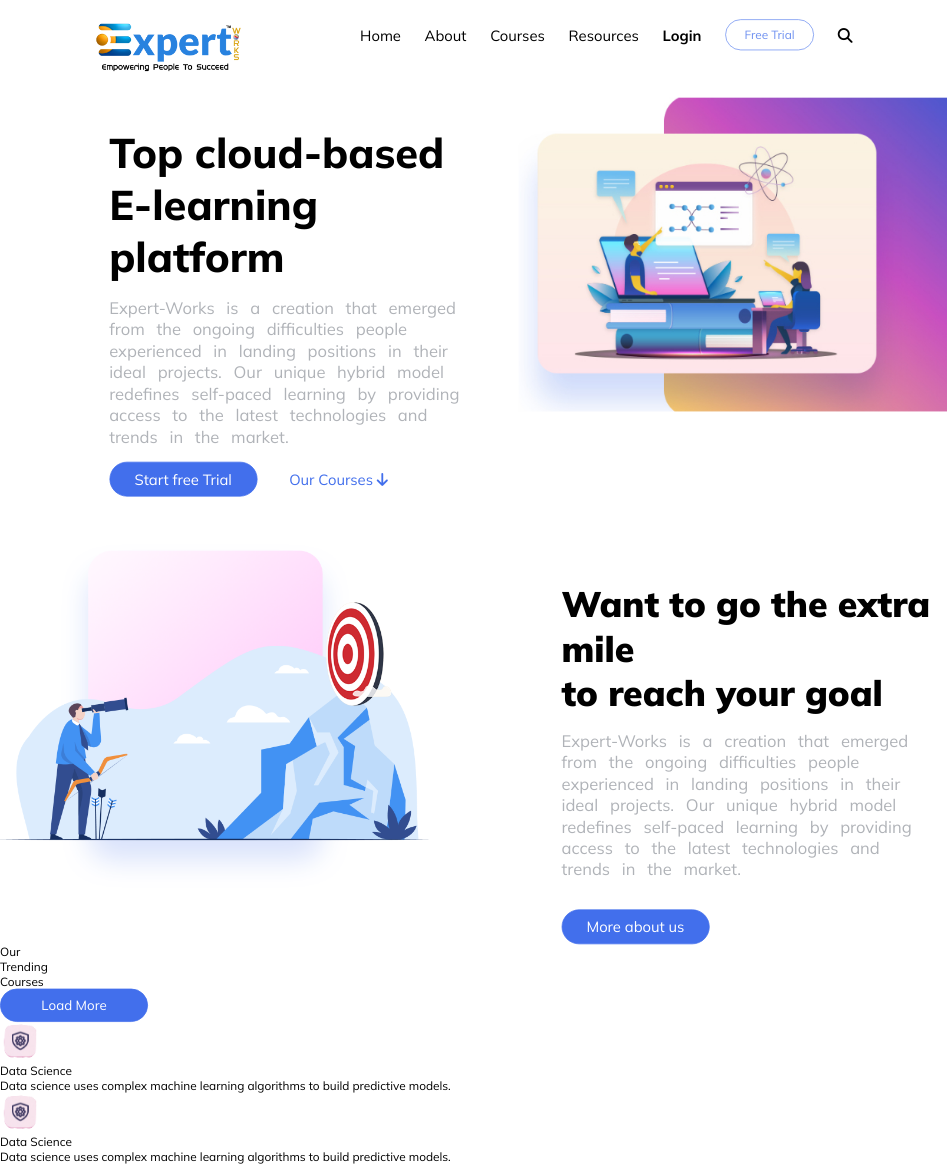
Repository: FlyweisReact/Raghu-B2C
Page: /homePage
The author's editor kept a copy of each file at every save. The page is drawn from the files as they stood at one save, then again after the next save.
The browser window is 1280 px wide. The pictures show the whole page, at 74% of full size.
Some web libraries are served in a nearby version. The project was rebuilt for these pictures with package versions that can differ from the ones it lists, and the page was loaded fresh each time. Also part of the build but not shown: src/Footer/footer.scss, src/Footer/Footer.jsx, src/component/pages/courses/course.scss, src/component/Navbar/nav.scss, src/component/Navbar/Nav.jsx, src/component/navigation/NavItems.js, src/component/navigation/Dropdown.css, src/component/navigation/Dropdown.js and 43 more.

Above is the page before, as saved 2023-02-03 16:02:11.

### public/index.html
<!DOCTYPE html>
<html lang="en">
  <head>
    <meta charset="utf-8" />
    <link rel="icon" href="%PUBLIC_URL%/favicon.ico" />
    <meta name="viewport" content="width=device-width, initial-scale=1" />
    <meta name="theme-color" content="#000000" />
    <meta
      name="description"
      content="Web site created using create-react-app"
    />
    <link rel="apple-touch-icon" href="%PUBLIC_URL%/logo192.png" />
    <link href="https://fonts.googleapis.com/css2?family=Mulish:ital,wght@0,200;0,300;0,400;0,500;0,600;0,700;0,800;0,900;1,200;1,300;1,400;1,500;1,600;1,700;1,800&display=swap" rel="stylesheet">
    <link rel="manifest" href="%PUBLIC_URL%/manifest.json" />
    <title>Educational Web</title>
  </head>
  <body>
    <noscript>You need to enable JavaScript to run this app.</noscript>
    <div id="root"></div>
    <script src="https://kit.fontawesome.com/b533b351e4.js" crossorigin="anonymous"></script>
  </body>
</html>

### src/index.js
/** @format */

import React from "react";
import ReactDOM from "react-dom";
import { BrowserRouter } from "react-router-dom";
import App from "./App";

ReactDOM.render(
  <React.StrictMode>
    <BrowserRouter>
      <App />
    </BrowserRouter>
  </React.StrictMode>,
  document.getElementById("root")
);

### src/App.js
/** @format */

import { Routes, Route } from "react-router-dom";
import "./App.css";
import "./component/common.scss";
import Courses from "./component/pages/courses/Courses";
import Home from "./component/Home";
import Programs from "./component/pages/Programs/Programs";
import Login from "./component/pages/LoginPage/Login";
import CreateAccount from "./component/pages/CreateAccount/CreateAccount";
import UsertakenCourses from "./component/pages/UserTakenCourses/UsertakenCourses";
import ExploreMore from "./component/pages/morecourses/ExploreMore";
import Forgot from "./component/pages/forgotPassword/Forgot";
import OTP from "./component/pages/otp/OTP";
import Reset from "./component/pages/reset/Reset";
import ViewCourses from "./component/pages/viewCourses/ViewCourses";
import SignUpOtp from "./component/pages/signUpOtp/SignUpOtp"
import MyCourse from "./component/pages/Mycourse/MyCourse";
import MyCourseDesc from "./component/pages/Mycourse/MyCourseDesc";
import FreeTrial from "./component/pages/FreeTrial/FreeTrial";
import Subscription from "./component/pages/FreeTrial/Subscription";
import Billing from "./component/pages/FreeTrial/Billing";
import ThankYOu from "./component/pages/FreeTrial/ThankYOu";
import HomePage from "./HomePage";

function App() {
  const user = false;

  return (
    <div className="App">
      <Routes>
        <Route exect path="/" element={<Login />} />
        <Route exect path="/emailVerify" element={<Forgot />} />
        <Route exect path="/otp" element={<OTP />} />
        <Route exect path="/reset" element={<Reset />} />
        <Route exect path="/cources" element={<Courses />} />
        <Route exect path="/viewCourses" element={<ViewCourses />} />
        <Route exect path="/program" element={<Programs />} />
        <Route exect path="/home" element={<Home user={user} />} />
        <Route exect path="/create-acount" element={<CreateAccount />} />
        <Route exect path="/signUpOtp" element={<SignUpOtp />} />
        <Route exect path="/user" element={<UsertakenCourses />} />
        <Route exect path="/explore" element={<ExploreMore />} />
        <Route exect path="/myCourse" element={<MyCourse />} />
        <Route exect path="/myCourse/:id" element={<MyCourseDesc />} />
        <Route  exect path="/trial" element={<FreeTrial />} />
        <Route  exect path="/subscription" element={<Subscription />} />
        <Route  exect path="/billing" element={<Billing />} />
        <Route  exect path="/thank" element={<ThankYOu />} />
        <Route  exect path="/homePage" element={<HomePage />} />





      </Routes>
    </div>
  );
}

export default App;

### src/App.css
*{
  margin: 0;
  padding: 0;
  box-sizing: border-box;
  font-family: 'Mulish', sans-serif;
}
.hello{
  color:#7ABCFF;
color:  #3284D6;
color:  #D1E8FF;

}

### src/component/common.scss
.links{
    text-decoration: none;
    color: #fff;
    overflow-x: hidden;
}

*{
    // overflow-x: hidden;
    scroll-behavior: smooth;
}

### src/HomePage.js
/** @format */

import React from "react";
import "./HomePage.css";
// Images
import img from "./images/logo.png";
import img1 from './images/1st image.png'
import img2 from './images/2nd image.png'
import img3 from './images/Home.png'
import img4 from './images/icon.png'


const HomePage = () => {
  return (
    <>
      <div className="HomeNewnav">
        <div className="left">
          <img src={img} alt="" />
        </div>
        <div className="right">
          <ul>
            <li>Home</li>
            <li>About </li>
            <li>Courses</li>
            <li>Resources</li>
            <li style={{ fontWeight: "bold" }}>Login</li>
            <button>Free Trial</button>
            <li>
              <i class="fa-solid fa-magnifying-glass"></i>
            </li>
          </ul>
        </div>
      </div>

      <div className="mainSecTwo">
        <div className="left">
          <p className="head">
            Top cloud-based <br /> E-learning platform{" "}
          </p>
          <p className="desc">
            Expert-Works is a creation that emerged from the ongoing
            difficulties people experienced in landing positions in their ideal
            projects. Our unique hybrid model redefines self-paced learning by
            providing access to the latest technologies and trends in the
            market.
          </p>
          <div className="btns">
            <button
              style={{
                backgroundColor: "#426fec",
                color: "#fff",
                width: "200px",
                border: "1px solid #426fec",
                fontSize: "20px",
                borderRadius: "50px",
                padding: "10px",
              }}
            >
              Start free Trial
            </button>
            <button
              style={{
                backgroundColor: "#fff",
                color: "#426fec",
                width: "200px",
                border: "none",
                fontSize: "20px",
                borderRadius: "50px",
                padding: "10px",
              }}
            >
              Our Courses <i class="fa-solid fa-arrow-down"></i>
            </button>
          </div>
        </div>
        <div className="right">
          <img
            src={img3}
            alt=""
          />
        </div>
      </div>

      <div className="mainSecTwo2">
        <div className="left">
          <img
            src={img2}
            alt=""
          />
        </div>
        <div className="right">
          <p className="head">
            Want to go the extra mile <br />
            to reach your goal
          </p>
          <p className="desc">
            Expert-Works is a creation that emerged from the ongoing
            difficulties people experienced in landing positions in their ideal
            projects. Our unique hybrid model redefines self-paced learning by
            providing access to the latest technologies and trends in the
            market.
          </p>
          <div className="btns">
            <button
              style={{
                backgroundColor: "#426fec",
                color: "#fff",
                width: "200px",
                border: "1px solid #426fec",
                fontSize: "20px",
                borderRadius: "50px",
                padding: "10px",
              }}
            >
              More about us
            </button>
          </div>
        </div>
      </div>

      <div className="centerMainDiv">
        <div className="left">
          <p className="head">
            Our <br /> Trending <br /> Courses
          </p>{" "}
          <button
            style={{
              backgroundColor: "#426fec",
              color: "#fff",
              width: "200px",
              border: "1px solid #426fec",
              fontSize: "18px",
              borderRadius: "50px",
              padding: "10px",
            }}
          >
           Load More
          </button>
        </div>
        <div className="right">
            <div className="group">
                <div>
                    <img src={img4} alt='' />
                    <p className="head">Data Science</p>
                    <p className="desc">Data science uses complex machine learning algorithms to build predictive models.</p>
                </div>
                <div>
                    <img src={img4} alt='' />
                    <p className="head">Data Science</p>
                    <p className="desc">Data science uses complex machine learning algorithms to build predictive models.</p>
                </div>
            </div>
        </div>
      </div>
    </>
  );
};

export default HomePage;

### src/HomePage.css
.HomeNewnav{
    display: flex;
    justify-content: space-between;
    width: 80%;
    margin-left:10%;
    margin-top: 2%;
}
.HomeNewnav .left img{
    width: 200px;
}
.HomeNewnav .right ul {
    display: flex;
    gap: 2rem;
}
.HomeNewnav .right ul li{
    list-style: none;
    font-size: 20px;
    margin-top: 10px;
}
.HomeNewnav .right ul  button {
    width: 120px;
    font-size: 16px;
    margin-top: 0;
    border: 1px solid #6e90f0;
    color: #6e90f0;
    background-color: #fff;

    padding: 10px;
    border-radius: 50px;
}
.HomeNewnav .right ul li:hover{
    color: #6e90f0;
    cursor: pointer;
}



.mainSecTwo {
    display: flex;
    margin-top: 2%;
    gap: 2rem;
    justify-content: space-between;
}
.mainSecTwo .left{
    width: 50%;
    margin-left: 7%;
    margin-top: 3%;
}
.mainSecTwo .right{
    width: 50%;
}
.mainSecTwo .right img {
    width: 100%;
}
.mainSecTwo .left .head{
    font-size: 3.5rem;
    font-weight: 800;
    margin-left: 10%;

}
.mainSecTwo .left .desc{
    width: 500px;
    word-spacing: 10px;
    font-size: 1.4rem;
    margin-top: 20px;
    margin-left: 10%;
    color: #b0b3b8;
}
.mainSecTwo .left .btns{
    display: flex;
    gap: 10px;
    margin-left: 10%;
    margin-top: 20px;
}



.mainSecTwo2{
    display: flex;
    margin-top: 5%;
    gap: 2rem;
    justify-content: space-between;
}
.mainSecTwo2 .right{
    width: 50%;
    margin-top: 4%;
    margin-left: 7%;
}
.mainSecTwo2 .left{
    width: 50%;

}
.mainSecTwo2 .left img {
    width: 100%;
}
.mainSecTwo2 .right .head{
    font-size: 3rem;
    font-weight: 900;
    margin-left: 10%;
}
.mainSecTwo2 .right .desc{
    width: 500px;
    word-spacing: 10px;
    font-size: 1.4rem;
    margin-top: 20px;
    margin-left: 10%;
    color: #b0b3b8;
}
.mainSecTwo2 .right .btns{
    display: flex;
    gap: 10px;
    margin-left: 10%;
    margin-top: 40px;
}


.centerMainDiv{
    width: 80%;

}

Loaded but not shown: src/component/pages/viewCourses/viewCourses.css (no stored copy; drawn as an empty file)

After the next save:
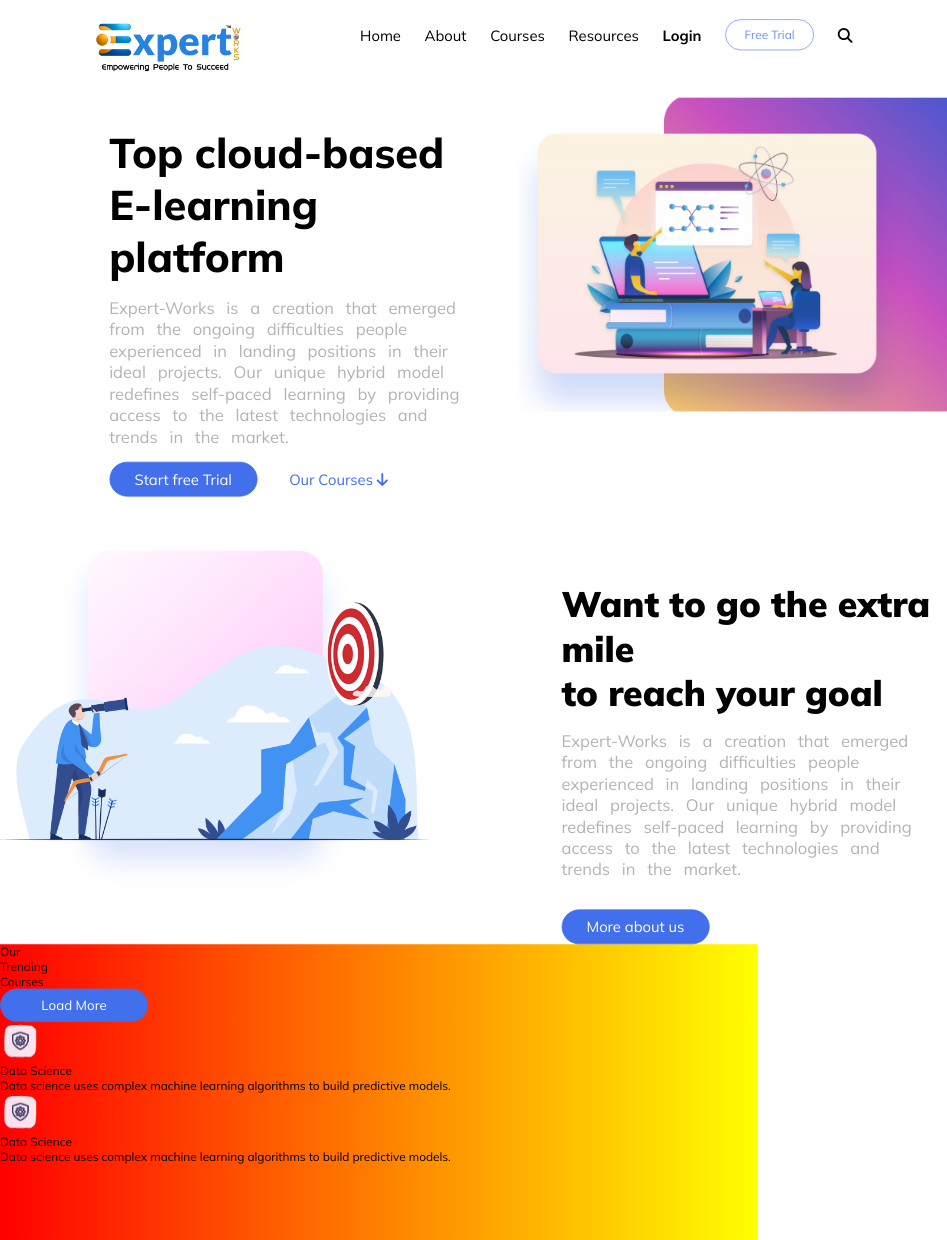
Saved 5 s later.
--- a/src/HomePage.css
+++ b/src/HomePage.css
@@ -116,5 +116,6 @@
 
 .centerMainDiv{
     width: 80%;
-
+  height: 400px;
+  background-image: linear-gradient(to right, red , yellow);
 }
